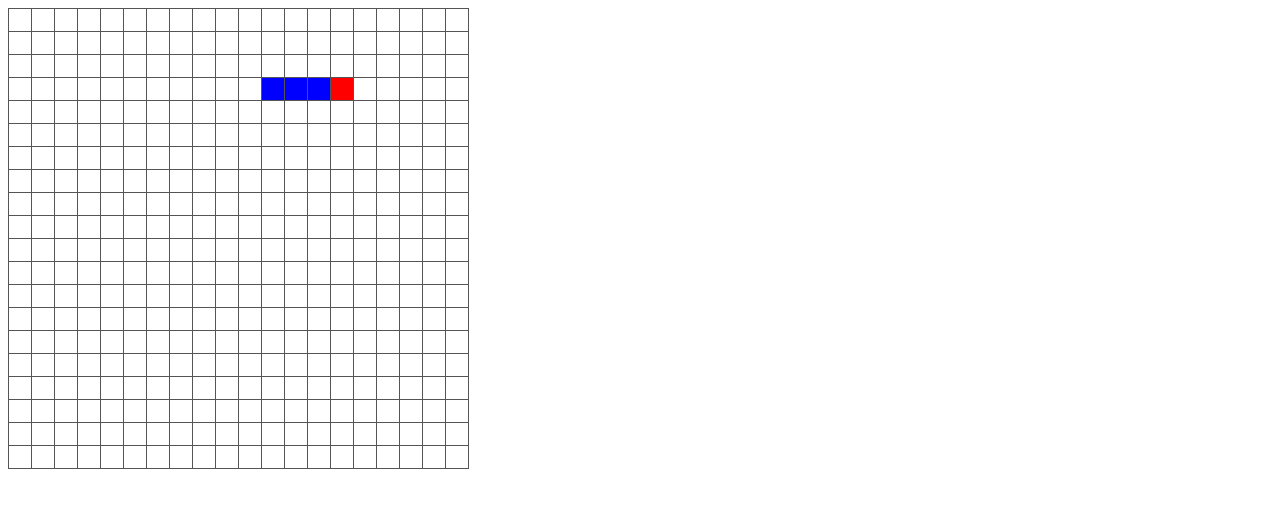
Repository: ycsheng/Games
Page: 01_snake/index.html
The author's editor kept a copy of each file at every save. The page is drawn from the files as they stood at one save, then again after the next save.
The browser window is 1280 px wide. The pictures show the whole page.

Above is the page before, as saved 2021-09-18 15:09:09.

### 01_snake/index.html
<!DOCTYPE html>
<html lang="zh">
<head>
  <meta charset="UTF-8">
  <meta http-equiv="X-UA-Compatible" content="IE=edge">
  <meta name="viewport" content="width=device-width, initial-scale=1.0">
  <title>Document</title>
  <style>
    table {
      border-collapse: collapse;
      border: 1px solid #333
    }
    td {
      width: 20px;
      height: 20px;
      border: 1px solid #555;
    }
  </style>
</head>
<body>
  <div id="app"></div>
  <script src="./js/Game.js"></script>
  <script src="./js/Snake.js"></script>
  <script>
    var game = new Game();
  </script>
</body>
</html>

### 01_snake/js/Game.js
/*
  1. 在构造函数中创建一个空对象
  2. 将执行上下文指向这个空对象
  3. 执行里面的所有函数
  4. 执行完成后，返回对象
*/
function Game() {
  // 创建表格
  this.row = 20;  // 行数
  this.col = 20;  //列数
  // 初始化节点
  this.init();
  // 实例化蛇类
  this.snake = new Snake();
  // 执行定时器任务
  this.start();
  // 键盘的事件监听
  this.bindEvent();

  // this.snake.render();
}
// 舞台设计
Game.prototype.init = function() {
  this.dom = document.createElement("table");
  var tr, td;
  // 遍历行和列上树
  for(var i = 0; i < this.row; i++) {
    // 遍历行，创建节点上树
    tr = document.createElement("tr");
    for(var j = 0; j < this.col; j++) {
      // 遍历列，创建节点上树
      td = document.createElement("td");
      tr.appendChild(td)
    }
    // 追加节点上树
    this.dom.appendChild(tr);
  }
  // 表格上树
  document.getElementById("app").appendChild(this.dom)
}

// 清屏方法
Game.prototype.clear = function() {
  // 遍历表格，擦除画布
  for(var i = 0; i < this.row; i++) {
    for(var j = 0; j < this.col; j++) {
      this.dom.getElementsByTagName("tr")[i].getElementsByTagName("td")[j].style.background = "white"
    }
  }
}

// 设置颜色的方法
Game.prototype.setColor = function(row, col, color) {
  // 让表格的第几行，第几列设置颜色的方法
  this.dom.getElementsByTagName("tr")[row].getElementsByTagName("td")[col].style.background = color;
}

// 设置键盘的事件监听
Game.prototype.bindEvent = function() {
  // 键盘事件
  document.onkeydown = function(event) {
    console.log(event.keyCode);
    // switch(event.keyCode) {

    // }
  }
}

// 定时器
Game.prototype.start = function() {
  this.timer = setInterval(function() {
    // 定时器里面的核心就是游戏的渲染本质，清屏-更新-渲染
    // 清除屏幕，解决蛇会边长但不运动
    game.clear();
    // 渲染蛇
    game.snake.render();
    // 蛇的运动
    game.snake.update();
  }, 500)
}

### 01_snake/js/Snake.js
function Snake() {
  // 蛇的初始化身体
  this.body  = [
    {"row": 3, "col": 5},
    {"row": 3, "col": 4},
    {"row": 3, "col": 3},
    {"row": 3, "col": 2},
  ];
  // 信号量，设置的运动方向
  this.direction = "R";
}

// 蛇的运动
Snake.prototype.update = function() {
  // 尾部减一
  this.body.pop();
  // 头部
  // this.body.unshift({"row": this.body[0].row, "col": this.body[0].col + 1});
  // 蛇的不容方向的运动
  switch(this.direction) {
    case "R": // 右
      this.body.unshift({"row": this.body[0].row, "col": this.body[0].col + 1});
      break;
    case "D": // 下
      this.body.unshift({"row": this.body[0].row + 1, "col": this.body[0].col});
      break;
    case "L": // 左
      this.body.unshift({"row": this.body[0].row, "col": this.body[0].col - 1});
      break;
    case "T": // 上
      this.body.unshift({"row": this.body[0].row - 1, "col": this.body[0].col});
      break;

  }
}

/*
  Snake的render谁来调用？如果Snake自己的构造函数调用得不到game
  因为Game类还没有执行完四步走
  解决方案：定时器，异步
*/
Snake.prototype.render = function() {
  // 蛇头的渲染
  game.setColor(this.body[0].row, this.body[0].col, "red");
  // 蛇身体的渲染
  for(var i = 1; i < this.body.length; i++) {
    game.setColor(this.body[i].row, this.body[i].col, "blue")
  }
}

After the next save:
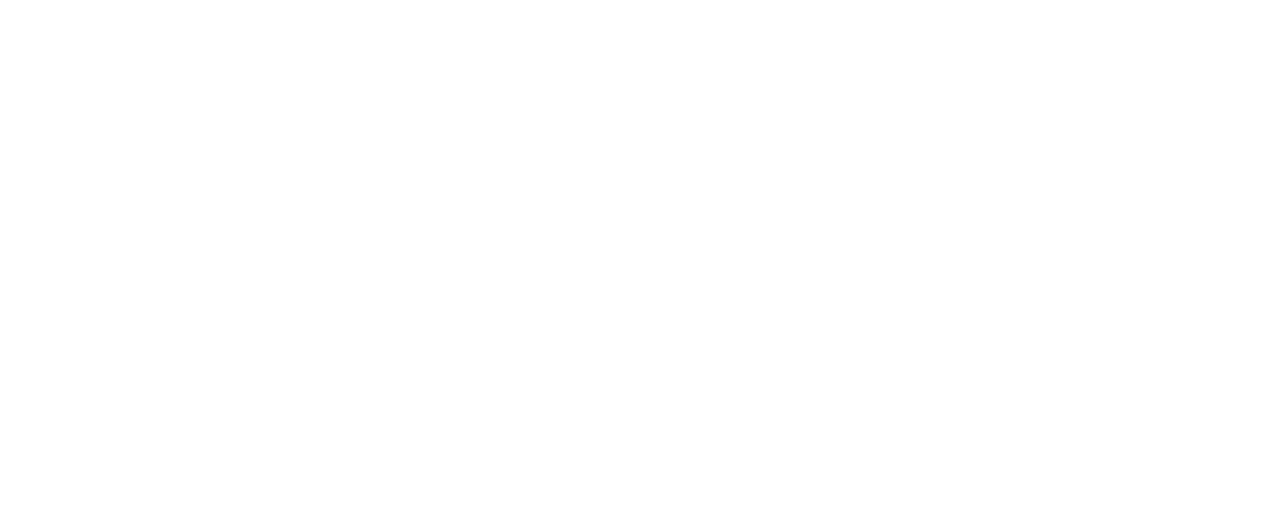
Console error: SyntaxError: Unexpected token ':'
Saved 2 min 7 s later.
--- a/01_snake/js/Game.js
+++ b/01_snake/js/Game.js
@@ -60,6 +60,10 @@
   // 键盘事件
   document.onkeydown = function(event) {
     console.log(event.keyCode);
+    39
+Game.js:62 40
+Game.js:62 37
+Game.js:62 38
     // switch(event.keyCode) {
 
     // }

After the 2 saves that followed:
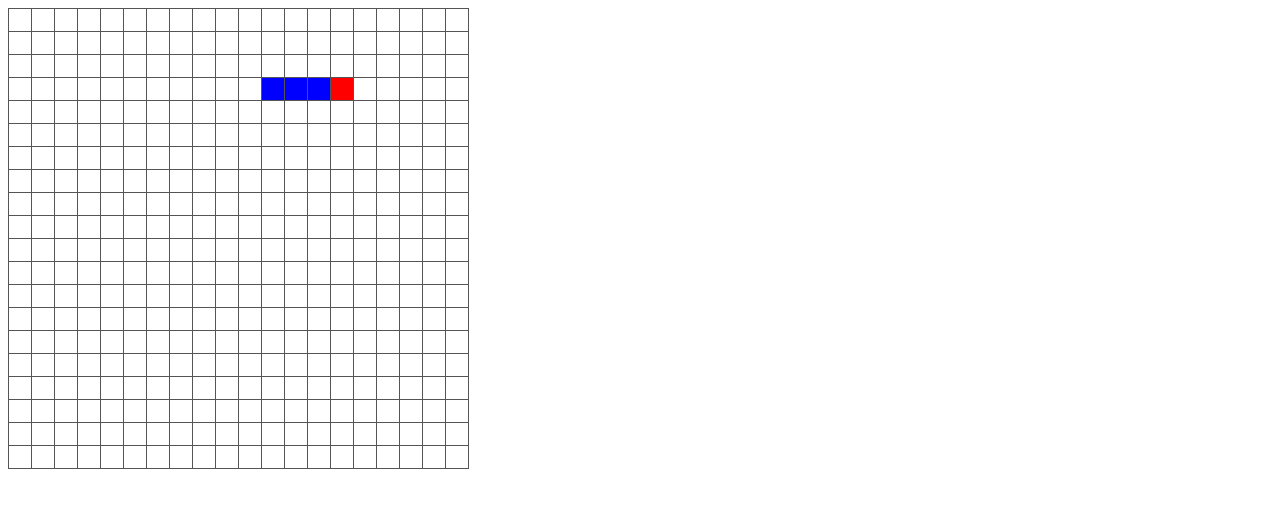
The error is gone.
The 2 saves are shown as one change because 1 left the picture as it was.
The last was saved 112 s later.
--- a/01_snake/js/Game.js
+++ b/01_snake/js/Game.js
@@ -60,10 +60,7 @@
   // 键盘事件
   document.onkeydown = function(event) {
     console.log(event.keyCode);
-    39
-Game.js:62 40
-Game.js:62 37
-Game.js:62 38
+    // 39 40 37 38
     // switch(event.keyCode) {
 
     // }
